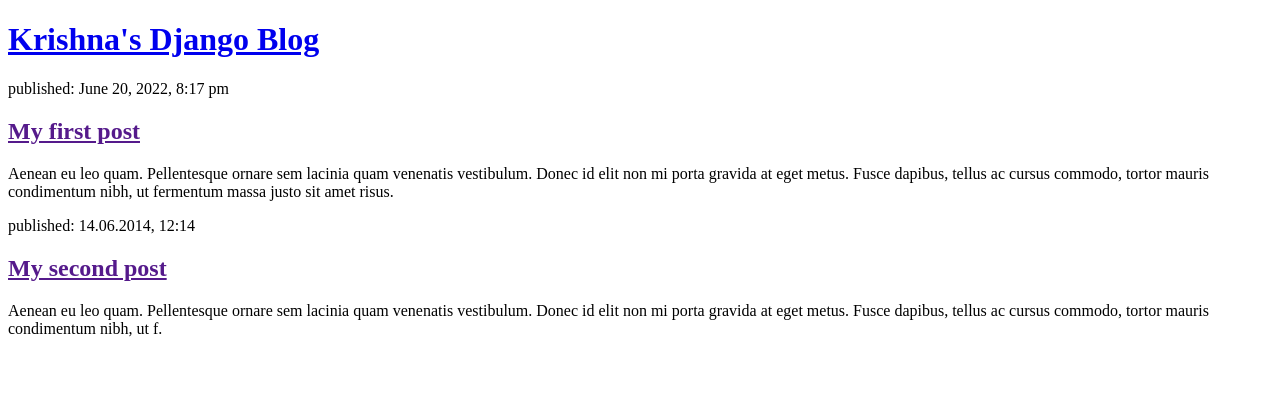
Repository: Krishna-bansall/django-blog
Page: http://localhost/
An editor plug-in stored every save of this project. The page is shown before and after the next save, followed by the edit.
The browser window is 1280 px wide. The pictures show the whole page.
The page is served by the project's application, run on Django 3.2 (manage.py). Other server files are loaded and not shown. The page reads the database file committed with the project.

Above is the page before, as saved 2022-06-20 23:00:52.

### blog/templates/blog/post_list.html
<!DOCTYPE html>
<html lang="en">
	<head>
		<meta charset="UTF-8" />
		<meta http-equiv="X-UA-Compatible" content="IE=edge" />
		<meta name="viewport" content="width=device-width, initial-scale=1.0" />
		<title>Document</title>
	</head>
	<body>
		<header>
			<h1><a href="/">Krishna's Django Blog</a></h1>
		</header>

		<article>
			<time>published: June 20, 2022, 8:17 pm</time>
			<h2><a href="">My first post</a></h2>
			<p>
				Aenean eu leo quam. Pellentesque ornare sem lacinia quam venenatis
				vestibulum. Donec id elit non mi porta gravida at eget metus. Fusce
				dapibus, tellus ac cursus commodo, tortor mauris condimentum nibh, ut
				fermentum massa justo sit amet risus.
			</p>
		</article>

		<article>
			<time>published: 14.06.2014, 12:14</time>
			<h2><a href="">My second post</a></h2>
			<p>
				Aenean eu leo quam. Pellentesque ornare sem lacinia quam venenatis
				vestibulum. Donec id elit non mi porta gravida at eget metus. Fusce
				dapibus, tellus ac cursus commodo, tortor mauris condimentum nibh, ut f.
			</p>
		</article>
	</body>
</html>

### blog/views.py
from django.shortcuts import render
from django.utils import timezone
from .models import Post
# Create your views here.
def post_list(request):
    posts = Post.objects.filter(published_date__lte = timezone.now()).order_by("published_date")
    return render(request, 'blog/post_list.html', {"posts": posts})

### lilBlog/urls.py
from django.contrib import admin
from django.urls import path, include


urlpatterns = [
    path('admin/', admin.site.urls),
    path('', include('blog.urls')),
]

### db.sqlite3 (the tables this page reads, as SQL)
CREATE TABLE "blog_post" ("id" integer NOT NULL PRIMARY KEY AUTOINCREMENT, "author_id" integer NOT NULL REFERENCES "auth_user" ("id") DEFERRABLE INITIALLY DEFERRED, "title" varchar(200) NOT NULL, "text" text NOT NULL, "created_date" datetime NOT NULL, "published_date" datetime NULL);
INSERT INTO "blog_post" VALUES
(1, 1, 'Test Post 1', 'Lets Test Out Django and how good is it exactly!', '2022-06-19 03:43:03', '2022-06-19 03:43:05'),
(2, 1, 'rdgd', 'qqqeqwe', '2022-06-19 03:43:34', NULL),
(3, 1, 'Hi From Django Shell', 'Test', '2022-06-20 14:53:50.704774', NULL),
(4, 1, 'Hi again  From Django Shell', 'Test', '2022-06-20 15:39:58.552573', '2022-06-20 15:43:38.373970'),
(5, 1, 'Hi another time From Django Shell', 'Test', '2022-06-20 15:40:08.115734', NULL);

Loaded but not shown: blog/urls.py (common file)

After the next save:
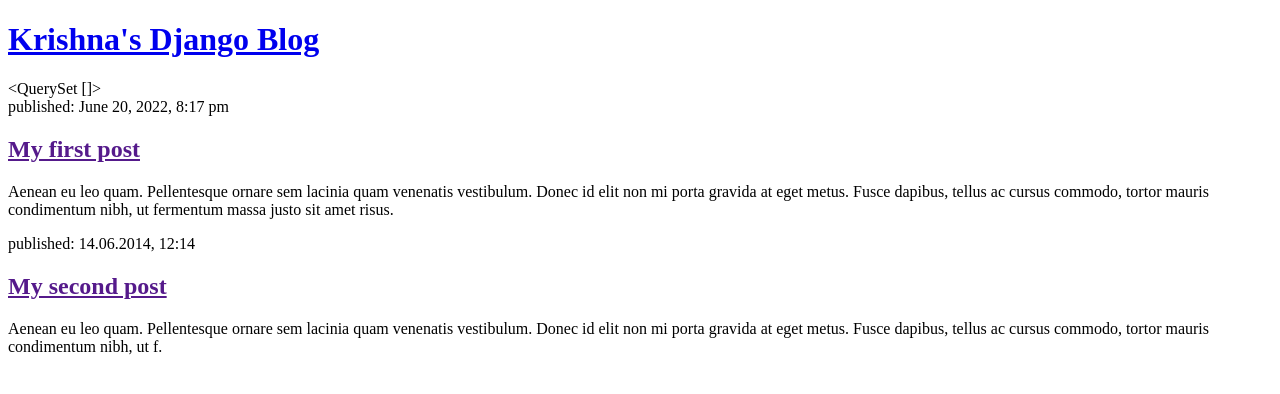
Saved 2 min 4 s later.
--- a/blog/templates/blog/post_list.html
+++ b/blog/templates/blog/post_list.html
@@ -9,6 +9,7 @@
 	<body>
 		<header>
 			<h1><a href="/">Krishna's Django Blog</a></h1>
+			{{posts}}
 		</header>
 
 		<article>
